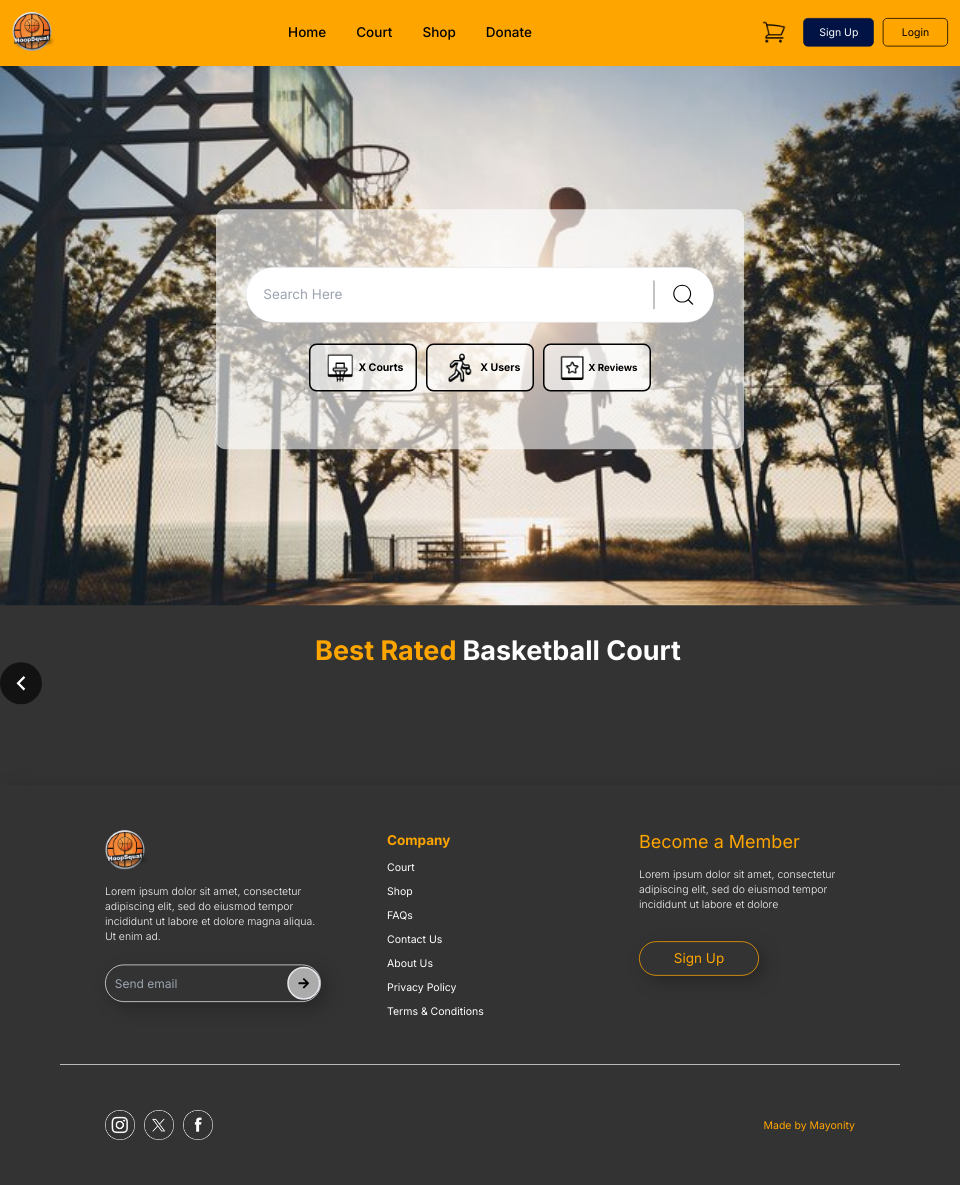
Repository: Abdul-Hannan232/basket-ball-website
Page: /
These files come from the project's save history. The page is drawn as it stood at one moment and after a run of saves; the edit follows.
The browser window is 1280 px wide. The pictures show the whole page, at 75% of full size.
The page's requests for data from a server got no answer. The project was rebuilt for these pictures with package versions that can differ from the ones it lists, and the page was loaded fresh each time. The framework's server and built-in components were replaced by stand-ins that run in the browser. No one was signed in, and anything a server would have sent is missing. Also part of the build but not shown: next.config.mjs, app/utils/rating.js.

Above is the page before, as saved 2024-09-15 21:34:24.

### app/layout.tsx
import type { Metadata } from "next";
import { Inter } from "next/font/google";
import "./globals.css";
import Authprovider from "./component/Authprovider/Authprovider";

const inter = Inter({ subsets: ["latin"] });

export const metadata: Metadata = {
  title: "Basket Ball",
  description: "Generated by create next app",
};

export default function RootLayout({
  children,
}: Readonly<{
  children: React.ReactNode;
}>) {
  return (
    <html lang="en">
      <head>
        <link rel="icon" href="/favicon.png" />
        <title>Basket Ball</title>
      </head>
      <body className={inter.className}>
        <Authprovider>
          {children}
        </Authprovider>
      </body>
    </html>
  );
}

### app/page.tsx
import HomePage from "./component/HomeComponent"
export default function Home() {
  return (
    <>
      <HomePage />
    </>
  );
}

### app/globals.css
@import url('https://fonts.googleapis.com/css2?family=Poppins:wght@100;200;400&display=swap');
@import url('https://fonts.googleapis.com/css2?family=Poppins:ital,wght@0,100;0,200;0,300;0,400;0,500;0,600;0,700;0,800;0,900;1,100;1,200;1,300;1,400;1,500;1,600;1,700;1,800;1,900&display=swap');
@tailwind base;
@tailwind components;
@tailwind utilities;
/* Styling for the pagination container */
.custom-paginator .p-paginator {
  @apply  rounded-lg p-4 mt-2 flex flex-row gap-10 fixed  right-0;
}
.poppins-bold {
  font-family: "Poppins", sans-serif;
  font-weight: 700;
  font-style: normal;
}
.hover-design{
  background: linear-gradient(90deg, #FFA500 0%, rgba(255, 165, 0, 0.09) 85.85%);

}
/* Styling for individual page numbers */
.custom-paginator .p-paginator .p-paginator-page {
  @apply bg-white text-black rounded-md w-10 h-10 inline items-center text-center justify-center mx-1;
}

/* Highlighted page number styling */
.custom-paginator .p-paginator .p-paginator-page.p-highlight {
  @apply bg-[#FFA500] text-white inline text-center flex-row;
}

/* Styling for previous and next buttons */
.custom-paginator .p-paginator .p-paginator-prev,
.custom-paginator .p-paginator .p-paginator-next {
  @apply bg-[#CACACA] p-1 text-black flex flex-row rounded-md;
}

body {
  background-color: rgba(51, 51, 51, 1);
  color: white;
  font-family: 'Poppins', sans-serif;
}

.shadow {
  box-shadow: 8px 8px 24px 0px #00000040;

}
.banner {
  background-image: url('/banner.png');
  background-position: center;
  background-size: cover;
  width: 100%;
  background-repeat: no-repeat;
}
.backColor{
  background: linear-gradient(90.35deg, #FFA500 0.24%, #FF7D05 99.7%);

}
.mobilebanner {
  background-image: url('/mobildbanner.png');
  background-position: center;
  background-size: cover;
  background-repeat: no-repeat;
}
@media only screen and (max-width:320px) {
  .slick-slide {
    margin-left:5px; /* Adjust the value as needed */
  }
}
.slick-slide {
  margin-left:5px; /* Adjust the value as needed */
}
.bounceball {
  position: relative;
  display: inline-block;
  height: 20px;
  width: 15px;
  /* Adjust the width as needed */
}

.bounceball:before {
  position: absolute;
  content: '';
  display: block;
  top: 0;
  width: 25px;
  /* Adjust the width as needed */
  height: 20px;
  border-radius: 50%;
  background-color: #FFA500;
  transform-origin: 50%;
  animation: bounce 500ms alternate infinite ease;
}

@layer
{
  .wrap {
    @apply absolute top-1/2 left-1/2 transform -translate-x-1/2 -translate-y-1/2;
  }
}
@keyframes bounce {
  0% {
    top: 70px;
    height: 5px;
    border-radius: 60px 60px 20px 20px;
    transform: scaleX(2);
  }

  35% {
    height: 15px;
    border-radius: 50%;
    transform: scaleX(1);
  }

  100% {
    top: 0;
  }
}


.animate-bounce {
  animation: bounce 500ms alternate infinite ease;
}

/* Api loading */
.loader {
  width: 48px;
  height: 48px;
  display: inline-block;
  position: relative;
}
.loader::after,
.loader::before {
  content: '';
  box-sizing: border-box;
  width: 48px;
  height: 48px;
  border-radius: 50%;
  border: 2px solid #FFA500;
  position: absolute;
  left: 0;
  top: 0;
  animation: animloader 2s linear infinite;
}
.loader::after {
  animation-delay: 1s;
}

@keyframes animloader {
  0% {
    transform: scale(0);
    opacity: 1;
  }
  100% {
    transform: scale(1);
    opacity: 0;
  }
}

### app/component/Authprovider/Authprovider.js
"use client"
import React from "react";
import { SessionProvider } from "next-auth/react";
const Authprovider = ({children}) => {
    return (
        <SessionProvider>
             {children}
        </SessionProvider>
    )
}
export default Authprovider

### app/component/HomeComponent.js
import React from 'react'
import Navbar from './NavBarComponent'
import Image from 'next/image'
import { CiSearch } from "react-icons/ci"
import Footer from "./FooterComponent"
import BasketBall from "./CourtsSlider"
const HomeComponent = () => {
  return (
    <div>
      <Navbar/>
      <div className=' md:banner mobilebanner   md:h-[100vh] h-[250px]'  >
        <div className='relative  flex flex-col md:justify-center md:mt-0 pt-14 items-center md:h-[90vh] '>
          <div className='bg-white absolute lg:w-[55%] w-[90%] mx-auto md:h-80 h-36 flex flex-col justify-center it-center  bg-opacity-60 rounded-xl  right-0 left-0'>
            <div className='relative lg:mx-10 mx-5 border bg-white text-black flex items-center   rounded-full'>
              <input type='text' placeholder='Search Here' className='text-black md:text-lg text-xs border-transparent outline-none hover:border-[#FFA500] border-2 md:p-5 p-3 w-full rounded-full ' />
              <CiSearch className="absolute text-black md:w-20 w-8 px-1 my-2 md:h-10 h-6 right-0 text-4xl border-2 border-[#AFAFAF] border-t-transparent border-r-transparent border-b-transparent  md:top- " />
            </div>
            <div className='flex justify-center gap-3 mt-7 '>
              <div className='bg-white text-center text-black bg-opacity-60 border-[#000000] border-2 flex justify-center items-center md:rounded-[10px] rounded-[7px] md:p-4 p-2 md:w-36 w-22  md:h-16 h-10'>

                <Image src="/Basketball Net.png" alt="basket" width={100} height={50} className='md:w-10 mx-auto mt-1 md:h-12 w-6 h-8 ' />
                <p className='md:text-sm text-[8px]  font-bold'>X Courts</p>
              </div>
              <div className='bg-white text-center text-black bg-opacity-60 border-[#000000] border-2 flex justify-center items-center md:rounded-[10px] rounded-[7px] md:p-4 p-2 md:w-36 w-22  md:h-16 h-10'>

                <Image src="/Basketball Player.png" alt="basket" width={100} height={50} className='md:w-10 mx-auto  md:h-10 w-6 h-6 ' />
                <p className='md:text-sm text-[8px]  font-bold'>X Users</p>
              </div>
              <div className='bg-white text-center text-black bg-opacity-60 border-[#000000] border-2 flex justify-center items-center md:rounded-[10px] rounded-[7px] md:p-4 p-2 md:w-36 w-22  md:h-16 h-10'>

                <Image src="/Rating.png" alt="basket" width={100} height={50} className='md:w-10 mx-auto  md:h-10 w-6 h-6 ' />
                <p className='md:text-[13px] text-[8px]  font-bold'>X Reviews</p>
              </div>

            </div>
          </div>
        </div>
      </div>
      <BasketBall slide={"carousel"} />
      <Footer/>
    </div>
  )
}

export default HomeComponent

### app/component/CourtsSlider.js
"use client"
import React, { useRef, useState, useEffect } from 'react';
import Slider from 'react-slick';
import { RiArrowLeftSLine } from 'react-icons/ri';
import { MdOutlineKeyboardArrowRight } from "react-icons/md"
import 'slick-carousel/slick/slick.css';
import 'slick-carousel/slick/slick-theme.css';
import Image from 'next/image';
import Link from 'next/link';
import renderStars from "../utils/rating"
import { allCourts as fetchAllCourts } from "../services/courtsServices"; // Rename the imported function
const settings = {
    infinite: true,
    speed: 500,
    slidesToShow: 3.5,
    slidesToScroll: 1,
    responsive: [
        {
            breakpoint: 1267, // Adjust the breakpoint as needed
            settings: {
                slidesToShow: 2.5,
                slidesToScroll: 2,
            },
        },
        {
            breakpoint: 959, // Adjust the breakpoint as needed
            settings: {
                slidesToShow: 2,
                slidesToScroll: 2,
            },
        },

        {
            breakpoint: 320, // Adjust the breakpoint as needed
            settings: {
                slidesToShow: 1.1,
                slidesToScroll: 1,
            },
        },
    ],
    prevArrow: <></>, // Hides the previous arrow
    nextArrow: <></>,
};
const CourtsSlider = ({ slide }) => {
    const sliderRef = useRef(null);
    const [spinner, setSpinner] = useState(false)

    const goToPrev = () => {
        sliderRef.current.slickPrev();
    };

    const goToNext = () => {
        sliderRef.current.slickNext();
    };

    const [allCourts, setAllCourts] = useState([]); // Initialize with an empty array

    useEffect(() => {
        setSpinner(true)
        const getCourts = async () => {
            try {
                const response = await fetchAllCourts(); // Use the renamed function
                setAllCourts(response.data.courts); // Store the fetched data in state
            } catch (error) {
                console.error("Failed to fetch courts data:", error);
                // You can also add error handling for the UI here
            } finally {
                setSpinner(false)
            }
        };

        getCourts();
    }, []);
    return (
        <div >
            {slide === 'carousel' ? (
                <div className="  2xl:ml-32 md:ml-14 md:pt-10 pt-10 w-[95%] mx-auto z-10 2xl:mb-40 md:mb-20" id="Testimonials" style={{ position: 'relative' }}>
                    <div className='2xl:text-6xl md:text-4xl text-xl font-bold md:mb-20 mb-10 flex justify-center items-center gap-2 '>
                        <h1 className='text-[#FFA500]'>Best Rated </h1>
                        <h1>Basketball Court</h1>
                    </div>
                    <div className="flex justify-center">
                        {spinner ? <span className="loader"></span> : null}
                    </div>


                    <Slider ref={sliderRef} {...settings}>

                        {allCourts.map((item, index) => (
                            <div key={index} className=' '>
                                <div className='relative shadow cursor-pointer text-black rounded-md 2xl:w-[450px] md:w-[300px] w-[250px] group'>
                                    <div className='absolute inset-0 bg-black opacity-0 z-20 group-hover:opacity-70 transition-opacity'></div>

                                    <div className='bg-[#D9D9D9] relative rounded-md overflow-hidden'>
                                        {/* Image and content */}

                                        <Image src={item.images?.[0]
                                            ? `${process.env.NEXT_PUBLIC_IMAGE_URL}/${item.images[0]}`
                                            : '/basketBALL.png'} alt="image" width={343} height={228} className='rounded-t-xl h-60 2xl:w-[400px]' />

                                        <div className='flex items-center justify-center float-right -mt-5 shadow z-10 absolute right-0 p-3 w-32 gap-2 rounded-l-xl bg-white text-black'>

                                            <Image src={item.type === "indoor" ? "/Roofing.png" : "/Basketball Court.png"}
                                                alt="shelter" width={24} height={24} />
                                            <p>{item.type}</p>
                                        </div>
                                        <div className='m-5'>
                                            {/* <Image src="/star.png" alt="image" width={112} height={20} /> */}
                                            <div className='flex items-center'>
                                                {renderStars(item.ratings)}
                                            </div>
                                            <p className='text-[10px] mt-1 font-bold'>{item.rating.length} reviews</p>
                                            <h1 className='text-xl font-bold mb-5'>{item.name}</h1>
                                            <p className='w-32 text-xs font-medium mt-1'>{item.location}</p>
                                            <button className='bg-[#FFA500] p-2 mb-5 mt-10 text-black font-bold text-sm w-full shadow'>
                                                View Court
                                            </button>
                                        </div>

                                        {/* Overlay with Maintenance Button */}
                                        <div className='flex flex-col items-center h-96 justify-center z-40 absolute inset-0 opacity-0 group-hover:opacity-100 transition-opacity'>
                                            <button className='bg-[#232323] py-2 px-4 rounded-full text-white'>
                                                Maintenance
                                            </button>
                                        </div>
                                    </div>
                                </div>

                            </div>
                        ))}

                    </Slider>
                    <div style={{ position: 'absolute', transform: 'translateY(-50%)', zIndex: '1' }} className='2xl:top-[45%] lg:top-[65%] top-[35%] md:w-[100%] flex justify-between w-[100%] mx-auto'>

                        <div className=' slick- slick-arrow md:-ml-14 '>
                            <div onClick={goToPrev} className='bg-[#000000A6] text-white text-7xl md:p-[10px] flex items-center justify-center cursor-pointer md:w-14 md:h-14 w-10 h-10 text-center font-bold  rounded-full'>
                                <RiArrowLeftSLine />
                            </div>
                        </div>



                    </div>
                </div>
            ) : (
                <>
                    <div className="flex justify-center mt-[30px]">
                        {spinner ? <span className="loader"></span> : null}
                    </div>
                    <div className='grid xl:grid-cols-4 lg:grid-cols-3 md:grid-cols-2 grid-cols-1 gap-20 w-[80%] md:mt-20 mt-5 md:mx-auto mx-5'>

                        {allCourts.map((item, index) => (
                            <div key={index} className='relative  shadow text-black rounded-md 2xl:w-[300px] xl:w-[250px] md:w-[250px] w-[280px] group'>
                                <div className='bg-[#D9D9D9] relative rounded-md overflow-hidden'>
                                    {/* Overlay */}
                                    <div className='absolute inset-0 bg-black opacity-0  group-hover:opacity-70 transition-opacity'></div>

                                    {/* Maintenance Button (Initially Hidden) */}
                                    <div className='flex flex-col items-center h-80 justify-center z-20 absolute inset-0 opacity-0 group-hover:opacity-100 transition-opacity'>
                                        <button className='bg-[#232323] py-2 px-4 rounded-full text-white'>
                                            Maintenance
                                        </button>
                                    </div>

                                    <Image src={item.images?.[0]
                                        ? `${process.env.NEXT_PUBLIC_IMAGE_URL}/${item.images[0]}`
                                        : '/basketBALL.png'} alt="image" width={343} height={228} className='rounded-t-xl 2xl:w-[450px]' />

                                    <div className='flex items-center justify-center float-right -mt-5 shadow  absolute right-0 p-3 w-32 gap-2 rounded-l-xl bg-white text-black'>

                                        <Image src={item.type === "indoor" ? "/Roofing.png" : "/Basketball Court.png"}
                                            alt="shelter" width={24} height={24} />
                                        <p>{item.type}</p>
                                    </div>

                                    <div className='m-5 relative'>
                                        {/* <Image src="/star.png" alt="image" width={60} height={20} />
                         */}
                                        <div className='flex items-center'>
                                            {renderStars(item.ratings)}
                                        </div>
                                        <p className='text-[10px] mt-1 font-bold'>{item.rating.length} reviews</p>
                                        <h1 className='text-lg font-bold mb-2'>{item.name}</h1>
                                        <p className='w-32 text-xs font-medium '>{item.location}</p>
                                        <button className='bg-[#FFA500] p-2 mb-3 mt-3 rounded-md text-black font-bold text-sm w-full shadow'>
                                            View Court
                                        </button>
                                    </div>
                                </div>
                            </div>


                        ))}
                    </div>
                </>
            )}

        </div >
    );
};

export default CourtsSlider;

### app/customHook/useAuthToken.js
import { useSession } from "next-auth/react";
import Cookies from "js-cookie";
import {jwtDecode} from "jwt-decode";

export const useAuthToken = () => {
  const { data: session } = useSession();

  const token = session?.authToken || Cookies.get("authToken");

  let decodedToken = null;
  if (token) {
    try {
      decodedToken = jwtDecode(token);
    } catch (error) {
      console.error("Invalid token:", error.message);
    }
  }

  return { token, decodedToken };
};

### app/services/courtsServices.js
import axios from "axios";
import Cookies from 'js-cookie';
export const allCourts = async (token) =>{
    try {

        const response = await axios.get(
            `${process.env.NEXT_PUBLIC_API_URL}/court/all`,
            {
                headers: {
                    Authorization: `Bearer ${token}`,
                },
            }
        );

        return response;
    }
    catch (error) {
        console.log("all Courts",error.response)
        return error.response || { message: "An error occurred", error };
    }

}

export const addCourt = async (body,token) => {

    try {
         const response = await axios.post(
            `${process.env.NEXT_PUBLIC_API_URL}/court/add`,
            body,
            {
                headers: {
                    Authorization: `Bearer ${token}`,                },
            }
        );

        return response;
    } catch (error) {
        return error.response;
    }
};

Loaded but not shown: tailwind.config.ts (common file); app/component/NavBarComponent.js (132 lines, source omitted); app/component/FooterComponent.js (94 lines, source omitted)

After the next 2 saves:
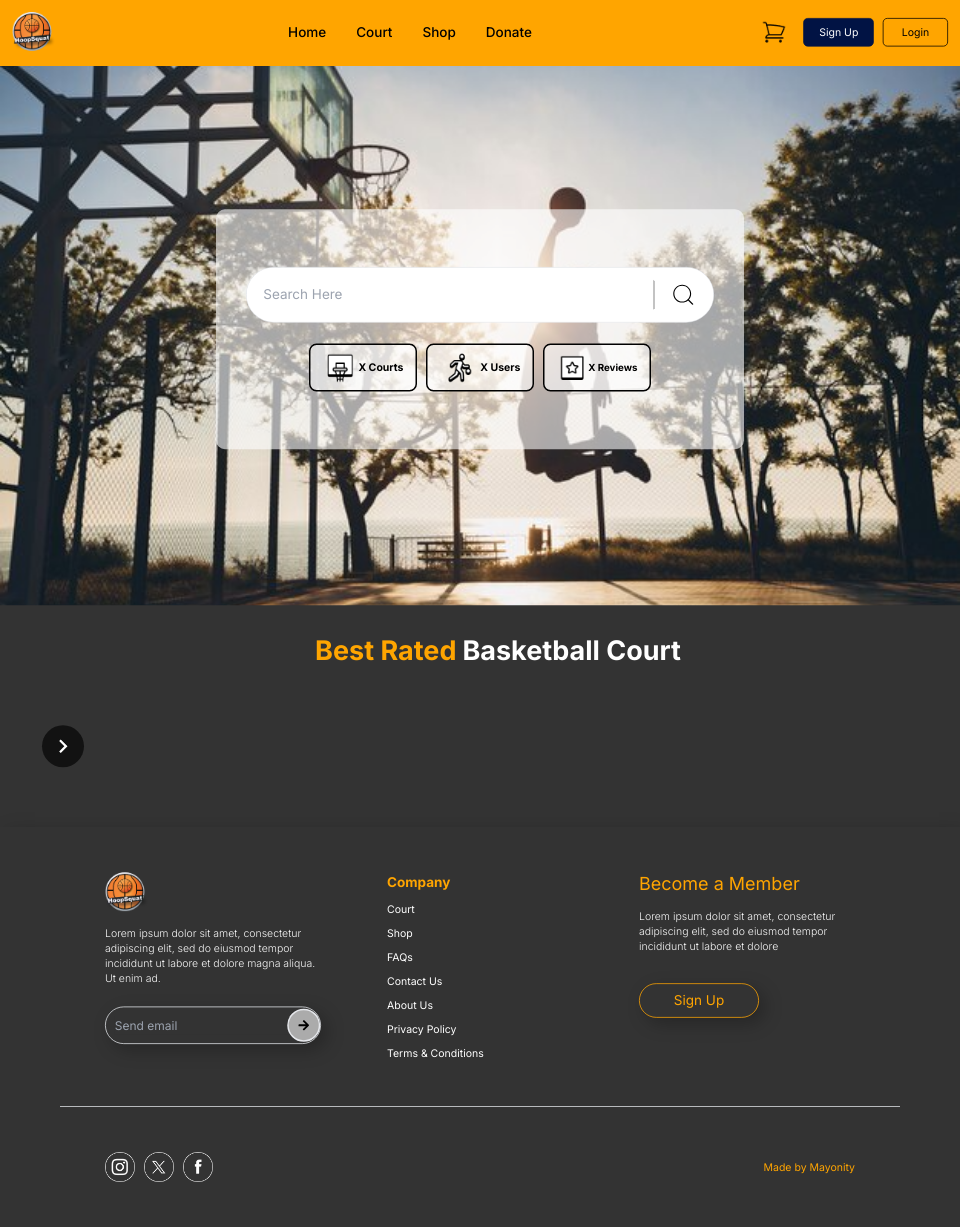
The 2 saves are shown as one change because they came seconds apart.
The last was saved 7 s later.
--- a/app/component/CourtsSlider.js
+++ b/app/component/CourtsSlider.js
@@ -84,6 +84,11 @@ const CourtsSlider = ({ slide }) => {
                     </div>
 
 
+                 <div className='slick- slick-arrow'>
+                            <div className="bg-[#000000A6] text-white text-7xl md:p-[10px] flex items-center justify-center cursor-pointer md:w-14 md:h-14 w-10 h-10 text-center font-bold  rounded-full" onClick={goToNext}>
+                                <MdOutlineKeyboardArrowRight />
+                            </div>
+                        </div>
                     <Slider ref={sliderRef} {...settings}>
 
                         {allCourts.map((item, index) => (
@@ -130,8 +135,7 @@ const CourtsSlider = ({ slide }) => {
                         ))}
 
                     </Slider>
-                    <div style={{ position: 'absolute', transform: 'translateY(-50%)', zIndex: '1' }} className='2xl:top-[45%] lg:top-[65%] top-[35%] md:w-[100%] flex justify-between w-[100%] mx-auto'>
-
+                    {/* <div style={{ position: 'absolute', transform: 'translateY(-50%)', zIndex: '1' }} className='2xl:top-[45%] lg:top-[65%] top-[35%] md:w-[100%] flex justify-between w-[100%] mx-auto'>
                         <div className=' slick- slick-arrow md:-ml-14 '>
                             <div onClick={goToPrev} className='bg-[#000000A6] text-white text-7xl md:p-[10px] flex items-center justify-center cursor-pointer md:w-14 md:h-14 w-10 h-10 text-center font-bold  rounded-full'>
                                 <RiArrowLeftSLine />
@@ -139,8 +143,7 @@ const CourtsSlider = ({ slide }) => {
                         </div>
 
 
-
-                    </div>
+                    </div> */}
                 </div>
             ) : (
                 <>
